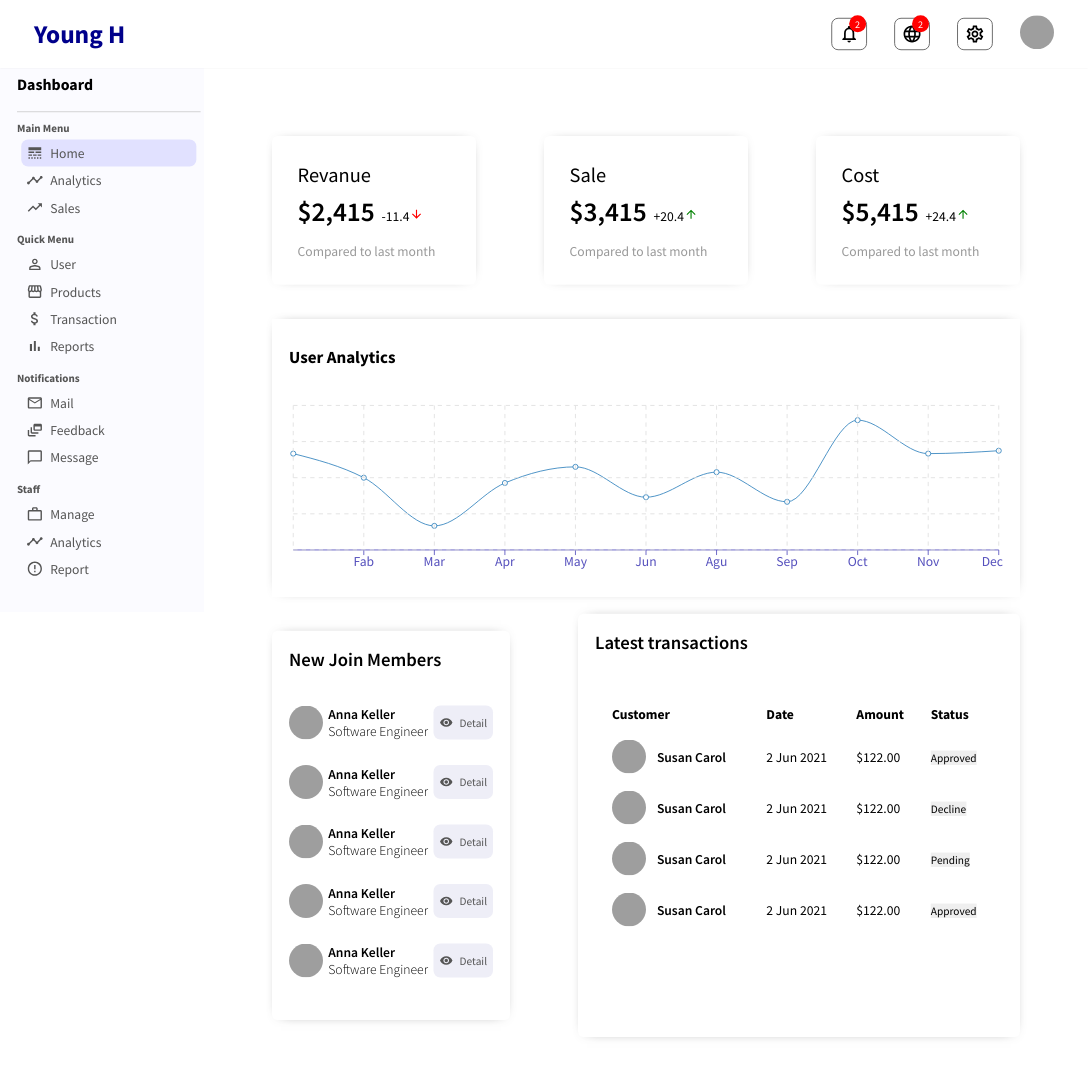
Repository: noname20011/admin
Page: /
These files come from the project's save history. The page is drawn as it stood at one moment and after the next save; the edit follows.
The browser window is 1280 px wide. The pictures show the whole page, at 85% of full size.
Pictures or frames that could not be fetched are drawn as grey boxes. The project was rebuilt for these pictures with package versions that can differ from the ones it lists, and the page was loaded fresh each time.

Above is the page before, as saved 2021-11-14 09:14:59.

After the next save:
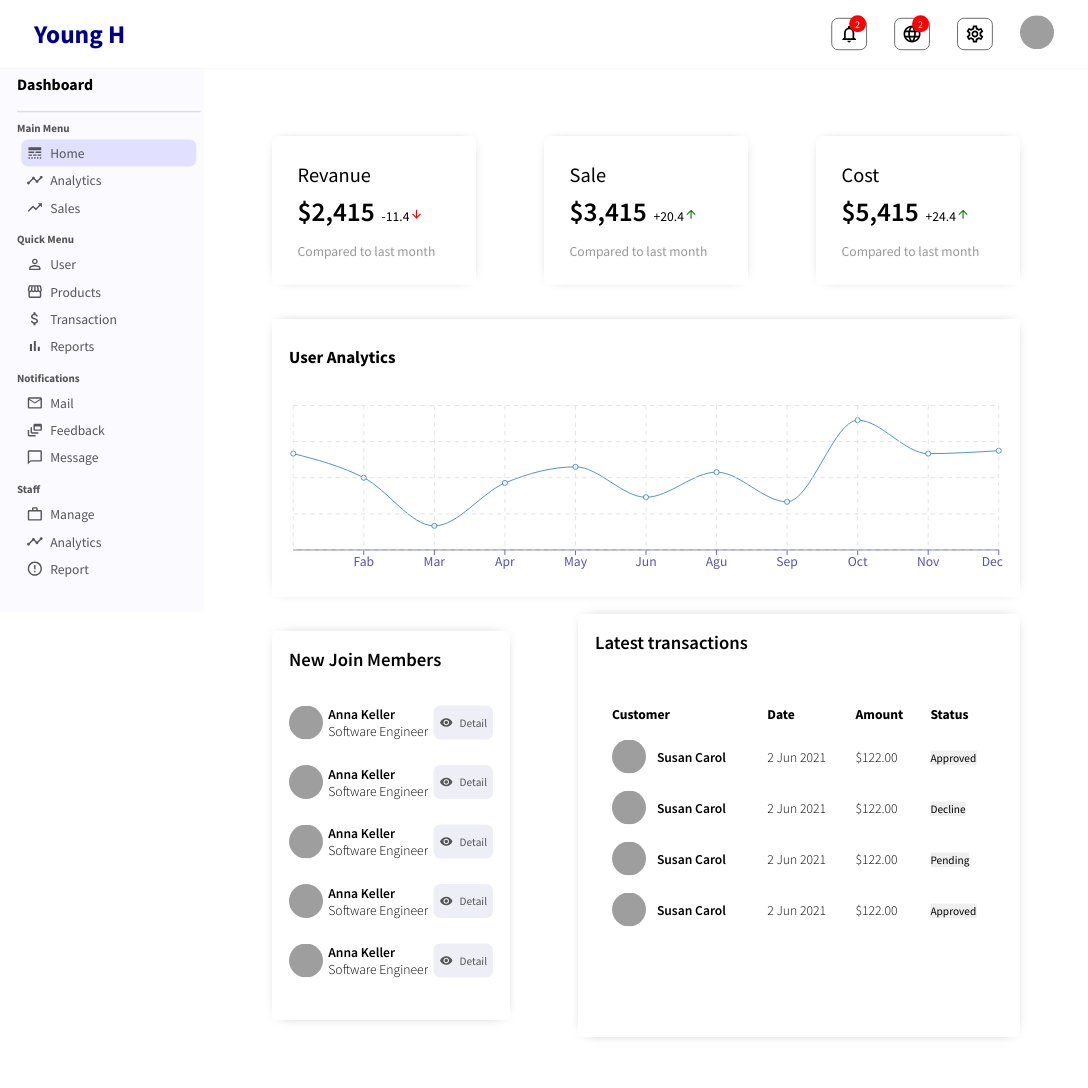
Saved 36 s later.
--- a/src/comopnents/widgetLg/widgetLg.css
+++ b/src/comopnents/widgetLg/widgetLg.css
@@ -36,3 +36,8 @@
     border-radius: 50%;
     object-fit: cover;
 }
+
+.widgetLgDate,
+.widgetLgAmount {
+    font-weight: 300;
+}
